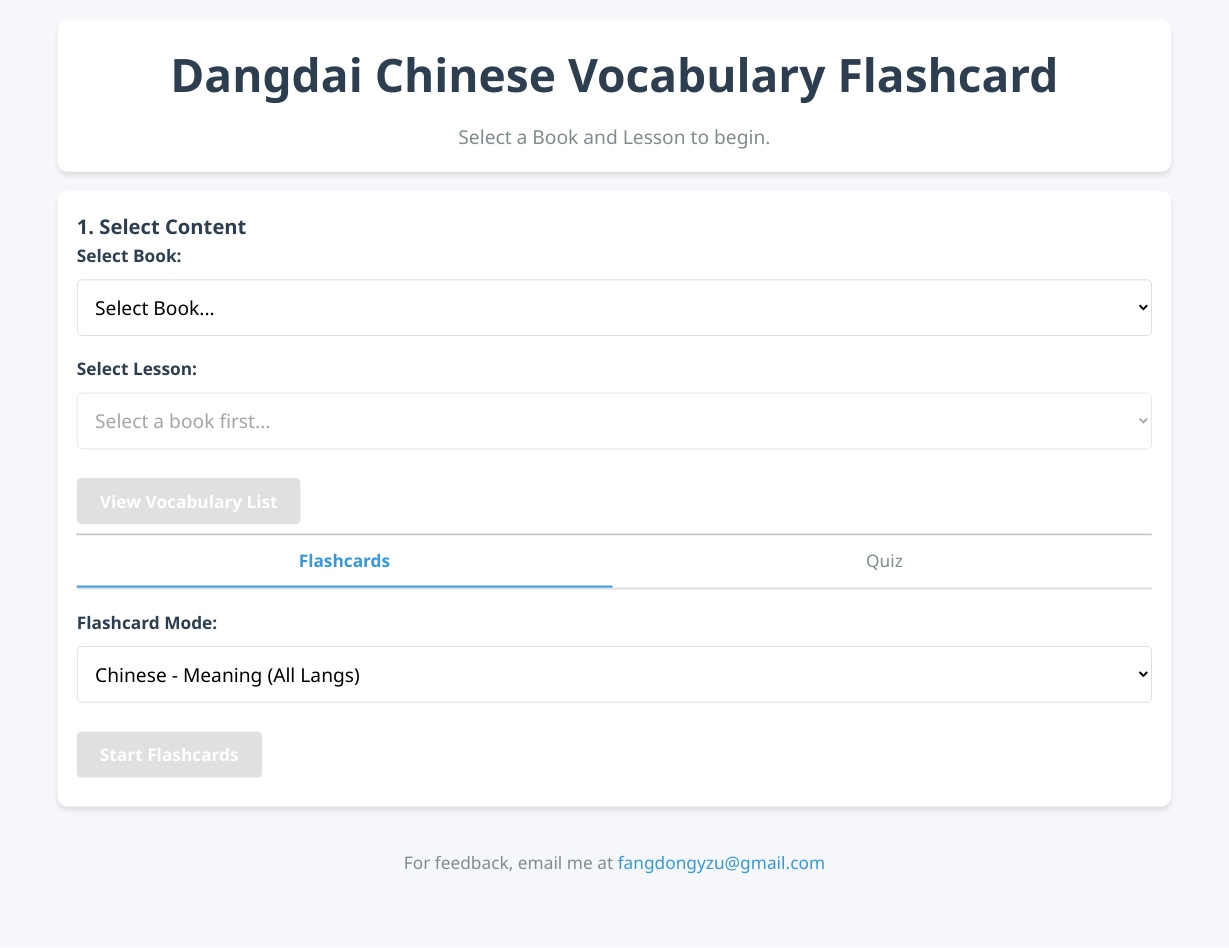
Repository: fangdongyzu/dangdaiflashcards
Page: index.html
These files come from the project's save history. The page is drawn as it stood at one moment and after the next save; the edit follows.
The browser window is 1280 px wide. The pictures show the whole page, at 96% of full size.

Above is the page before, as saved 2025-11-28 01:08:43.

After the next save:
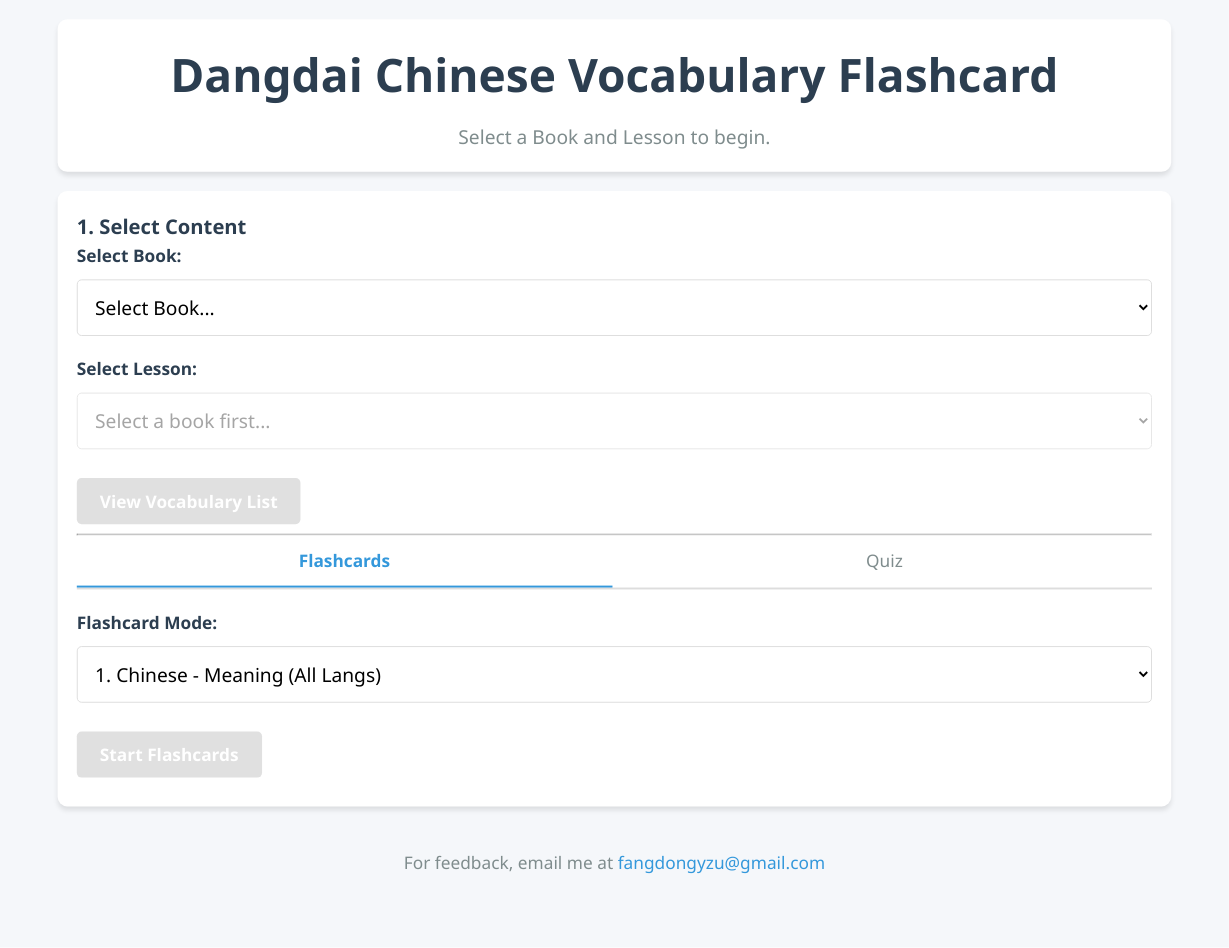
Saved 88 s later.
--- a/index.html
+++ b/index.html
@@ -56,7 +56,7 @@
                     <div class="form-group">
                         <label for="flashcard-mode">Flashcard Mode:</label>
                         <select id="flashcard-mode">
-                            <option value="chinese-meaning">Chinese - Meaning (All Langs)</option>
+                            <option value="chinese-meaning">1. Chinese - Meaning (All Langs)</option>
                             <option value="meaning-chinese">Meaning (All Langs) - Chinese</option>
                             <option value="pinyin-chinese">Pinyin - Chinese</option>
                         </select>
